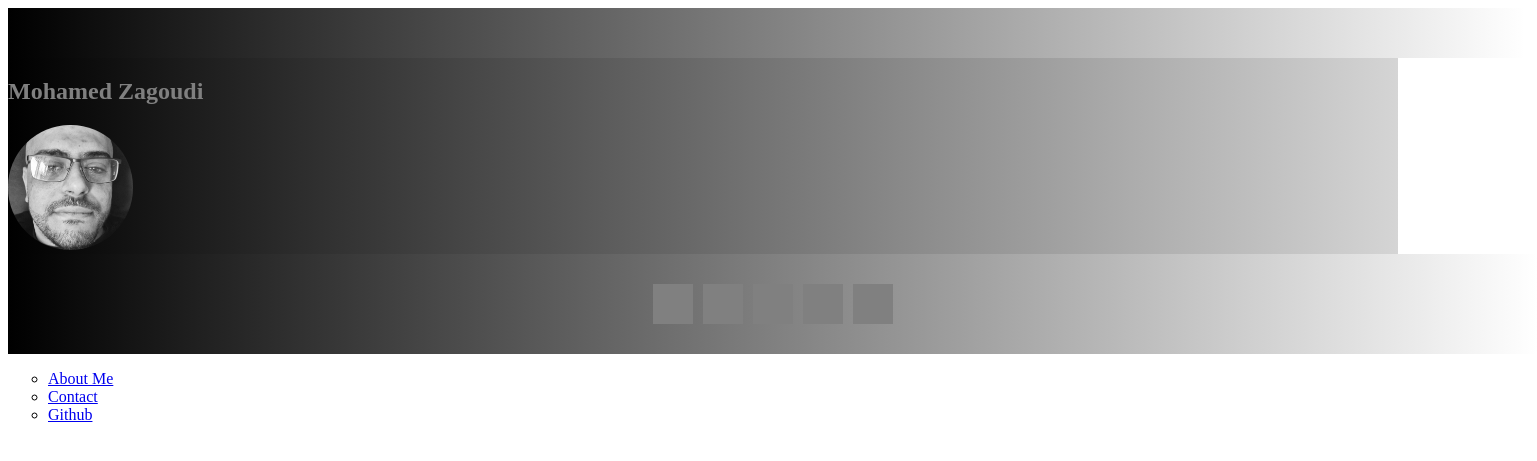
Repository: Mohzagou/Eersteportofolio
Page: index.html
An editor plug-in stored every save of this project. The page is shown before and after the next save, followed by the edit.
The browser window is 1280 px wide. The page is 1537 px wide, so the pictures cover 1537 px, including what lies to the right of the window. The pictures show the whole page.

Above is the page before, as saved 2022-06-07 22:50:06.

After the next save:
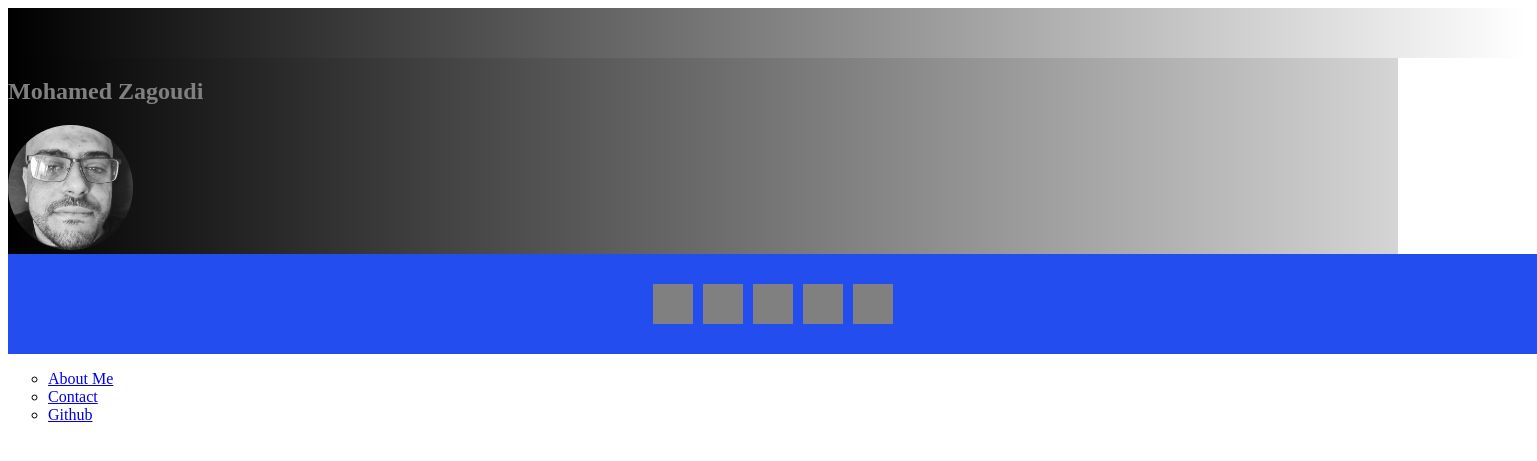
Saved 8 min 24 s later.
--- a/styles.css
+++ b/styles.css
@@ -13,7 +13,9 @@ header {
 section {
     width: 110%;
     height: 100px;
-    background-image: linear-gradient(to right, black, grey, white);
+    linear-gradient(-225deg, #231557 0%, #44107A 29%, #FF1361 67%, #FFF800 100%),
+    repeating-linear-gradient(-115deg, transparent, transparent 20px, rgba(255, 255, 255, 0.1) 20px, rgba(255, 255, 255, 0.1) 40px),
+    repeating-linear-gradient(115deg, transparent, transparent 20px, rgba(255, 255, 255, 0.1) 20px, rgba(255, 255, 255, 0.1) 40px)`;
     background-color: #234def;
     display: flex;
     align-items: center;
